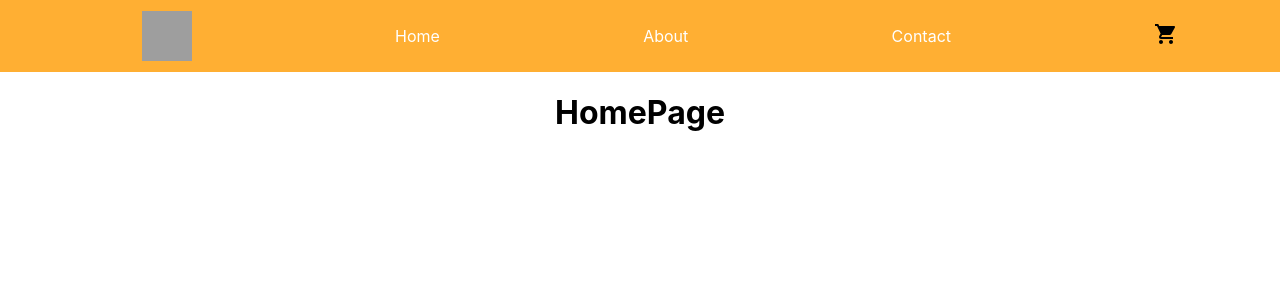
Repository: Toydrum/React-HectorCoronado
Page: /
These files come from the project's save history. The page is drawn as it stood at one moment and after the next save; the edit follows.
The browser window is 1280 px wide. The pictures show the whole page.
Pictures or frames that could not be fetched are drawn as grey boxes. The page's requests for data from a server got no answer. The project was rebuilt for these pictures with package versions that can differ from the ones it lists, and the page was loaded fresh each time. No one was signed in, and anything a server would have sent is missing. Also part of the build but not shown: src/components/CardUser/CardUser.jsx, src/pages/ContactPage/ContactPage.jsx, src/pages/AboutPage/AboutPage.jsx, src/pages/DetailPage/DetailPage.jsx.

Above is the page before, as saved 2023-06-18 17:59:26.

### src/App.jsx
import React from "react";
import "./App.css";
import { BrowserRouter as Router, Routes, Route } from "react-router-dom";
//Components
import NavBar from "./components/Navbar/Navbar";
import CartWidged from "./components/CartWidged/CartWidget";
//Pages
import HomePage from "./pages/HomePage/HomePage";
import ContactPage from "./pages/ContactPage/ContactPage";
import AboutPage from "./pages/AboutPage/AboutPage";
import DetailPage from "./pages/DetailPage/DetailPage";
function App() {
  return (
    <Router>
      <div className="App">
        <NavBar />
        <Routes>
          <Route path="/" element={<HomePage />}></Route>
          <Route path="/About" element={<AboutPage />}></Route>
          <Route path="/Contact" element={<ContactPage />}></Route>
          <Route path="/detail/:id" element={<DetailPage />}></Route>
          <Route path="/cart" element={<CartWidged />}></Route>
        </Routes>
        <div className="Cards-Container"></div>
      </div>
    </Router>
  );
}

export default App;

### src/App.css
.App {
  display: flex;
  flex-direction: column;
  justify-content: center;
}

.Cards-Container{
  display: flex;
  width: 100%;
  justify-content: center;
}

### src/components/Navbar/Navbar.jsx
import React from "react";
import "./Navbar.css";
import logo from "./cat-logo.svg";
import CartWidget from "../CartWidged/CartWidget";
import { Link } from "react-router-dom";

const NavBar = () => {
  return (
    <nav className="nav-container">
      <ul className="nav-ul">
        <img src={logo} alt="gatito" style={{ height: 50, width: 50 }} />
        <Link className="li" to="/">
          Home
        </Link>
        <Link className="li" to="/about">
          About
        </Link>
        <Link className="li" to="/contact">
          Contact
        </Link>
        <Link className="li" to="/cart">
          <CartWidget />
        </Link>
      </ul>
    </nav>
  );
};

export default NavBar;

### src/components/CartWidged/CartWidget.jsx
import React from 'react'
import ShoppingCartIcon from '@mui/icons-material/ShoppingCart';
const cart = () => {
  return (
    <div>
      <a href ="https://www.google.com.mx/?hl=es"style= {{color:"black"}}><ShoppingCartIcon/></a>
    </div>
  )
}

export default cart

### src/pages/HomePage/HomePage.jsx
import React from "react";
import CardList from "../../components/CardList/CardList";

const HomePage = () => {
  return (
    <div>
      <h1 style={{ display: "flex", justifyContent: "center" }}>HomePage</h1>
      <CardList />
    </div>
  );
};

export default HomePage;

### src/components/Navbar/Navbar.css
.nav-container {
  background-color: #FFAF33;
  height: 10vh;
  display: flex;
  width: 100%;
  justify-content: space-around;
  align-items: center;
}

.nav-ul {
  display: flex;
  width: 100%;
  justify-content: space-around;
  align-items: center;
}

.li {
  color: white;
  list-style-type: none;
  text-decoration: none;
}

### src/components/CardList/CardList.jsx
import React, { useState, useEffect } from "react";
import CardUser from "../CardUser/CardUser";
import "./CardList.css";
import { Link } from "react-router-dom";

const CardList = () => {
  const [prod, setProd] = useState([]);
  console.log(prod);
  useEffect(() => {
    fetch("https://fakestoreapi.com/products")
      .then((response) => response.json())
      .then((data) => setProd(data));
  }, []);

  return (
    <div className="Cards-List">
      {prod.map((prod) => {
        return (
          <Link key={prod.id} to={`detail/${prod.id}`}>
            <div>
              <CardUser data={prod} />
            </div>
          </Link>
        );
      })}
    </div>
  );
};

export default CardList;

### src/components/CardList/CardList.css
.Cards-List{
  display: grid;
  justify-content: space-around;
  align-content: space-around;
  align-items: center;
  grid-template-columns: 1fr 1fr 1fr;
}

Loaded but not shown: public/index.html (common file); src/index.js (common file); src/index.css (common file)

After the next save:
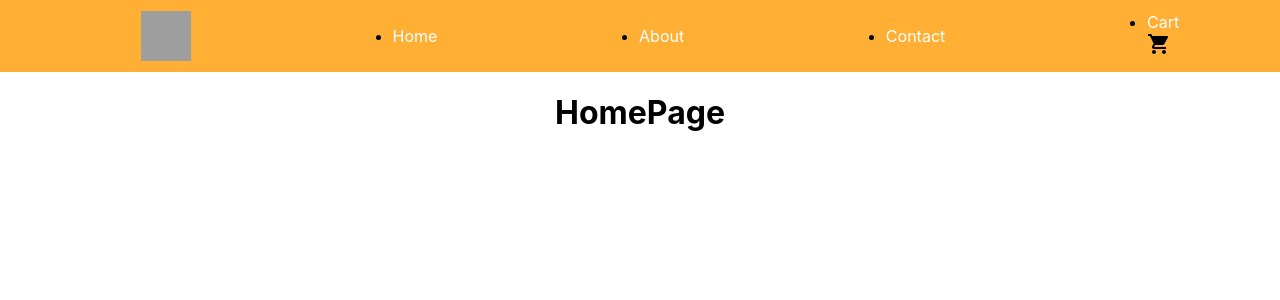
Saved 5 min 4 s later.
--- a/src/components/Navbar/Navbar.jsx
+++ b/src/components/Navbar/Navbar.jsx
@@ -1,26 +1,35 @@
 import React from "react";
 import "./Navbar.css";
 import logo from "./cat-logo.svg";
+import { Link } from "react-router-dom";
 import CartWidget from "../CartWidged/CartWidget";
-import { Link } from "react-router-dom";
 
 const NavBar = () => {
   return (
     <nav className="nav-container">
       <ul className="nav-ul">
         <img src={logo} alt="gatito" style={{ height: 50, width: 50 }} />
-        <Link className="li" to="/">
-          Home
-        </Link>
-        <Link className="li" to="/about">
-          About
-        </Link>
-        <Link className="li" to="/contact">
-          Contact
-        </Link>
-        <Link className="li" to="/cart">
+        <li>
+          <Link to="/" className="li">
+            Home
+          </Link>
+        </li>
+        <li>
+          <Link to="/about" className="li">
+            About
+          </Link>
+        </li>
+        <li>
+          <Link to="/contact" className="li">
+            Contact
+          </Link>
+        </li>
+        <li>
+          <Link to="/cart" className="li">
+            Cart
+          </Link>
           <CartWidget />
-        </Link>
+        </li>
       </ul>
     </nav>
   );
